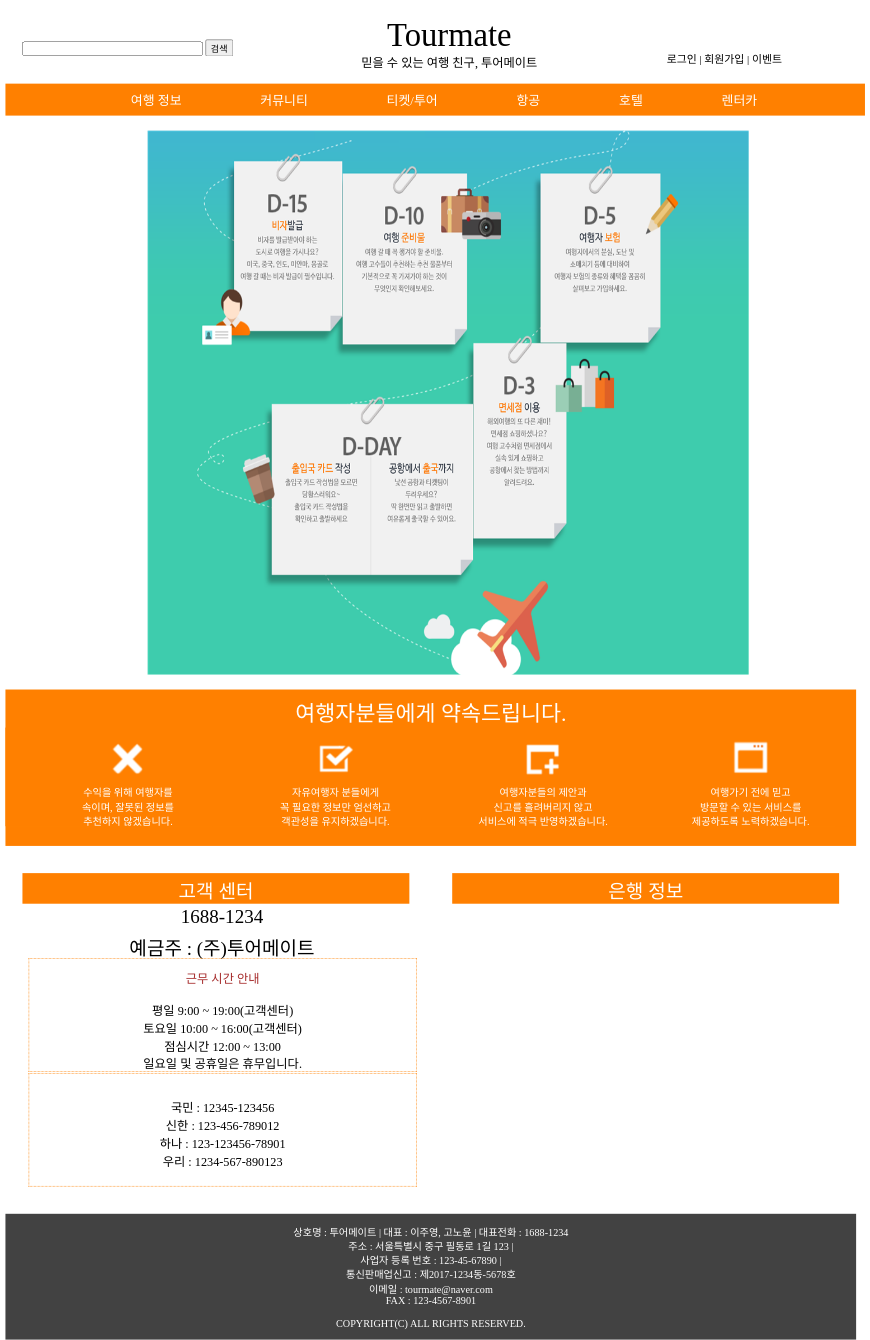
Repository: nohyoonko/2017-2-WP-Tourmate
Page: http://localhost/Tourmate/여행_준비.jsp
An editor plug-in stored every save of this project. The page is shown before and after the next save, followed by the edit.
The browser window is 1280 px wide. The pictures show the whole page, at 68% of full size.
Some web libraries are served in a nearby version. The page is served by Tomcat 9. Other server files are loaded and not shown.

Above is the page before, as saved 2017-12-06 05:37:01.

### eclipse-workspace/Tourmate/WebContent/여행_준비.jsp
<%@ page contentType="text/html; charset=UTF-8" pageEncoding="UTF-8"%>
<!DOCTYPE html>
<html lang="ko">
	<head>
		<meta http-equiv="Content-Type" content="text/html; charset=UTF-8" />
		<title>투어메이트</title>
		<script src="http://code.jquery.com/jquery-1.10.1.js"></script>
		<style>
		#box {
			width:70%;
			height:800px;
			margin-left:3%;
		}
		</style>
	</head>
	<body>
		<!-- 제목+메뉴바를 포함한 Header.jsp 파일을 include -->
 		<jsp:include page="Header.jsp" flush="false"/>
		<br><br>
			<center>
			<img id="box" src="1_ready/여행_준비.png">
			</center>
		<br>
		<!-- 회사 정보와 약속을 포함한 Footer.jsp 파일을 include -->
		<jsp:include page="Footer.jsp" flush="false"/>
	</body>
</html>

### eclipse-workspace/Tourmate/WebContent/Header.jsp
<%@ page language="java" contentType="text/html; charset=UTF-8"
    pageEncoding="UTF-8"%>
<!DOCTYPE html PUBLIC "-//W3C//DTD HTML 4.01 Transitional//EN" "http://www.w3.org/TR/html4/loose.dtd">
<html>
<head>
	<meta http-equiv="Content-Type" content="text/html; charset=UTF-8">
	<title>투어메이트</title>
    <style>
        div { font-family: "함초롬돋움"; }

        div.header1 {
            width: 30%;
            float: left;
            margin-left: 25px;
            margin-top: 50px;
        }

        div.header2 {
            width: 33%;
            height: 60px;
            float: left;
            margin-left: 40px;
            margin-top: 15px;
            color: black;
        }

      	div.header2 > a {
        	color:black; text-decoration:none;
      	}

        div.header3 {
            width: 31%;
            height: 50px;
            float: left;
            margin-right: 10px;
            margin-top: 65px;
        }

        .menubar {
 			background: #FF8000;
 			display: inline-block;
  			width: 100%;
		}
		.main { margin: 0; padding: 0; font-size: 19px; }
		.main li {
			padding:0% 3% 0% 3%;
  			float: left;
  			list-style:none;
  			position: relative;
		}
		.main li:first-child { margin-left: 10%; }
		.main li:hover { background: #984807; }
		.main a {
  			color: white;
  			display: block;
  			padding: 10px 20px;
  			text-decoration: none;
		}
		.main ul {
  			background: white;
  			display: none;
  			padding: 0;
  			position: absolute;
  			left: 0;
  			top: 100%;
  			z-index: 2;
  			width: 210px;
		}
		.main ul li { float: none; margin-left: 10%; }
		.main ul a { color: #984807; }
		.main ul li:hover { background: white; }
		.main ul li:hover>a { color: #FF8000; }
	</style>
</head>
<body>
    <div class="header1">
        <input type="text" size=30>
        <input type="submit" value="검색">
    </div>
    <a href="투어메이트.html">
    <div class="header2">
        <center>
            <font face="HYHeadLine" size="7">Tourmate</font><br>
            <font face="함초롬돋움" size="4">믿을 수 있는 여행 친구, 투어메이트</font>
        </center>
    </div>
    </a>
    <div class="header3">
        <center>
            <font size="3">로그인 | 회원가입 | 이벤트</font>
        </center>
    </div>

    <!--상단 메뉴바와 하위 메뉴-->
    <script src="//code.jquery.com/jquery.min.js"></script>
	<script>
	$(function(){
  		$(".main li").hover(function(){
    		$('ul:first',this).show();
  		}, function(){
    		$('ul:first',this).hide();
  		});
	});
	</script>

        <div class="menubar">
        <ul class="main">
            <li>
                 <a href="#">여행 정보</a>
                 <ul>
                  <li><a href="인기_여행_도시.jsp">인기 여행 도시</a></li>
                  <li><a href="여행_준비.jsp">여행 준비</a></li>
               </ul>
            </li>

            <li>
                <a href="#">커뮤니티</a>
                <ul>
                    <li><a href="여행_후기.jsp">여행 후기</a></li>
                </ul>
            </li>

            <li>
                <a href="#">티켓/투어</a>
                <ul>
                    <li><a href="티켓투어_한국.jsp">한국</a></li>
                    <li><a href="티켓투어_홍콩.jsp">홍콩</a></li>
                    <li><a href="티켓투어_일본.jsp">일본</a></li>
                    <li><a href="티켓투어_싱가포르.jsp">싱가포르</a></li>
                    <li><a href="티켓투어_대만.jsp">대만</a></li>
                </ul>
            </li>

            <li><a href="항공.jsp">항공</a></li>
            <li><a href="호텔.jsp">호텔</a></li>
            <li><a href="렌터카.jsp">렌터카</a></li>
        </ul>
    </div>
</body>
</html>

### eclipse-workspace/Tourmate/WebContent/Footer.jsp
<%@ page language="java" contentType="text/html; charset=UTF-8"
    pageEncoding="UTF-8"%>
<!DOCTYPE html PUBLIC "-//W3C//DTD HTML 4.01 Transitional//EN" "http://www.w3.org/TR/html4/loose.dtd">
<html>
<head>
	<meta http-equiv="Content-Type" content="text/html; charset=UTF-8">
	<title>투어메이트</title>
    <style>
        div { font-family: "함초롬돋움"; }

       div.footer{
         width:99%;
         height:220px;
         float:left;
         background-color:#FF8000;
         color:white;
         text-align:center;
         padding-top:10px;
      }
      div.promise{
         width:20%;
         float:left;
         height:140px;
         background-color:#FF8000;
         color:white;
         font-size:15px;
         text-align:center;
         padding-top:5px;
         padding-left:55px;
      }
      div.footer2{
         width:45%;
         height:40px;
         float:left;
         font-size:28px;
         background-color:#FF8000;
         color:white;
         text-align:center;
         padding-top:5px;
         margin-left:2%;
         margin-right:3%;
         margin-top:40px;
      }
      div.footer3{
         width:45%;
         height:35px;
         float:left;
         font-size:28px;
         text-align:center;
         padding-top:4px;
         margin-left:34px;
         margin-right:34px;
      }
      div.footer4{
         width:45%;
         height:150px;
         float:left;
         font-size:18px;
         text-align:center;
         padding-top:15px;
         margin-top:2px;
         margin-left:34px;
         margin-right:34px;
         border-width: 1px;
         border-style : dotted;
         border-color : #FF8000;
      }
      div.footer5{
         width:99%;
         height:170px;
         font-size:15px;
         background-color:#424242;
         color:white;
         float:left;
         text-align:center;
         padding-top:15px;
         margin-top:40px;
      }
       #fo {width:60px; height:60px; padding:10px 70px 5px 70px;}
	</style>
</head>
<body>
       <div class="footer">
         <font size="6">여행자분들에게 약속드립니다.</font><br>
         <div class="promise">
            <img id="fo" src="main/footer 그림1.png"><br>
            수익을 위해 여행자를<br>
            속이며, 잘못된 정보를<br>
            추천하지 않겠습니다.
         </div>
         <div class="promise">
            <img id="fo" src="main/footer 그림2.png"><br>
            자유여행자 분들에게<br>
            꼭 필요한 정보만 엄선하고<br>
            객관성을 유지하겠습니다.
         </div>
         <div class="promise">
            <img id="fo" src="main/footer 그림3.png"><br>
            여행자분들의 제안과<br>
            신고를 흘려버리지 않고<br>
            서비스에 적극 반영하겠습니다.
         </div>
         <div class="promise">
            <img id="fo" src="main/footer 그림4.png"><br>
            여행가기 전에 믿고<br>
            방문할 수 있는 서비스를<br>
            제공하도록 노력하겠습니다.
         </div>
      </div>
      <br>
      <div class="footer2">고객 센터</div>
      <div class="footer2">은행 정보</div>
      <br>
      <div class="footer3">1688-1234</div>
      <div class="footer3">예금주 : (주)투어메이트</div>
      <br>
      <div class="footer4">
         <font color="brown" size="4">근무 시간 안내</font><br><br>
         평일 9:00 ~ 19:00(고객센터)<br>
         토요일 10:00 ~ 16:00(고객센터)<br>
         점심시간 12:00 ~ 13:00<br>
         일요일 및 공휴일은 휴무입니다.<br>
      </div>
      <div class="footer4"><br>
         국민 : 12345-123456<br>
         신한 : 123-456-789012<br>
         하나 : 123-123456-78901<br>
         우리 : 1234-567-890123<br>
      </div>
      <div class="footer5">
         상호명 : 투어메이트 | 대표 : 이주영, 고노윤 | 대표전화 : 1688-1234<br>
         주소 : 서울특별시 중구 필동로 1길 123 | <br>
         사업자 등록 번호 : 123-45-67890 |<br>
         통신판매업신고 : 제2017-1234동-5678호<br>
         이메일 : tourmate@naver.com<br>
         FAX : 123-4567-8901<br><br>
         COPYRIGHT(C) ALL RIGHTS RESERVED.<br>
      </div>
</body>
</html>

After the next save:
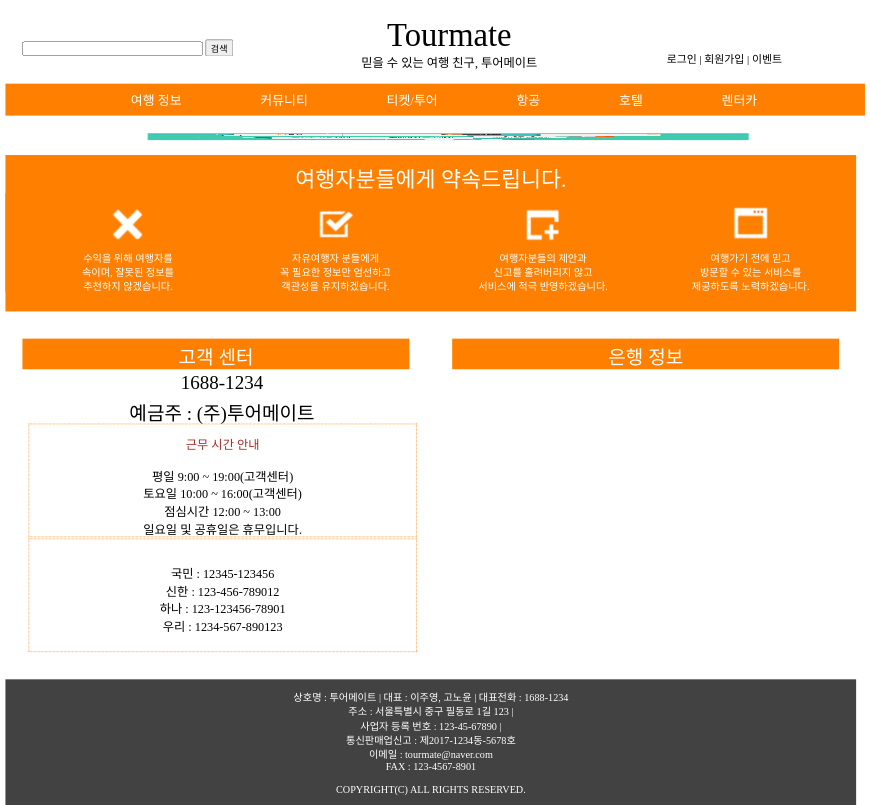
Saved 24 s later.
--- a/eclipse-workspace/Tourmate/WebContent/여행_준비.jsp
+++ b/eclipse-workspace/Tourmate/WebContent/여행_준비.jsp
@@ -8,7 +8,7 @@
 		<style>
 		#box {
 			width:70%;
-			height:800px;
+			height:10px;
 			margin-left:3%;
 		}
 		</style>
